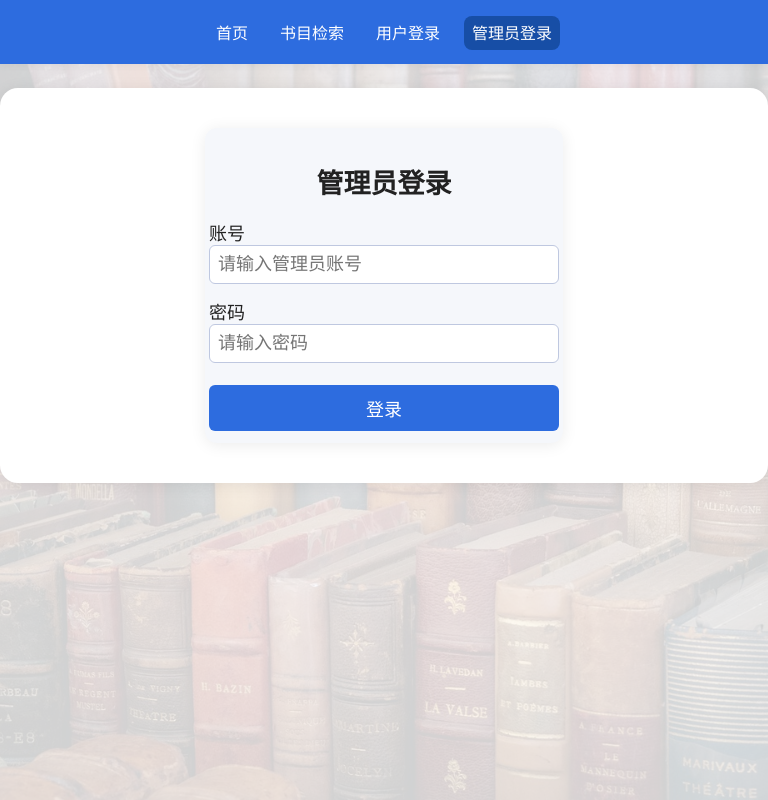
Repository: MercuryRandom/Library-Resource-Management-System
Page: /admin-login (app in frontend/)
An editor plug-in stored every save of this project. The page is shown before and after the next save, followed by the edit.
The browser window is 768 px wide. The pictures show the whole page.
The project was rebuilt for these pictures with package versions that can differ from the ones it lists, and the page was loaded fresh each time. Also part of the build but not shown: frontend/vite.config.js, frontend/src/pages/HomePage.jsx, frontend/src/pages/SearchPage.jsx, frontend/src/pages/LoginPage.jsx, frontend/src/pages/RegisterPage.jsx, frontend/src/pages/admin/ReaderManagementPage.jsx, frontend/src/pages/admin/BookManagementPage.jsx, frontend/src/pages/admin/BorrowManagementPage.jsx.

Above is the page before, as saved 2025-06-27 09:57:21.

### frontend/index.html
<!DOCTYPE html>
<html lang="zh-CN">

<head>
  <meta charset="UTF-8" />
  <link rel="icon" type="image/svg+xml" href="/vite.svg" />
  <meta name="viewport" content="width=device-width, initial-scale=1.0" />
  <title>图书管理系统</title>
</head>

<body>
  <div id="root"></div>
  <script type="module" src="/src/main.jsx"></script>
</body>

</html>

### frontend/src/App.jsx
import { BrowserRouter as Router, Routes, Route, useNavigate } from 'react-router-dom';
import MainLayout from './layout/MainLayout';
import HomePage from './pages/HomePage';
import SearchPage from './pages/SearchPage';
import LoginPage from './pages/LoginPage';
import RegisterPage from './pages/RegisterPage';
import UserLibraryPage from './pages/UserLibraryPage';
import AdminLoginPage from './pages/AdminLoginPage';
import AdminPage from './pages/AdminPage';
import ReaderManagementPage from './pages/admin/ReaderManagementPage';
import BookManagementPage from './pages/admin/BookManagementPage';
import BorrowManagementPage from './pages/admin/BorrowManagementPage';
import './App.css';

function App() {
  return (
    <Router>
      <Routes>
        <Route path="/" element={<MainLayout />}>
          <Route index element={<HomePage />} />
          <Route path="search" element={<SearchPage />} />
          <Route path="login" element={<LoginPage />} />
          <Route path="register" element={<RegisterPage />} />
          <Route path="library" element={<UserLibraryPage />} />
          <Route path="admin-login" element={<AdminLoginPage />} />
          <Route path="admin" element={<AdminPage />}>
            <Route path="readers" element={<ReaderManagementPage />} />
            <Route path="books" element={<BookManagementPage />} />
            <Route path="borrowing" element={<BorrowManagementPage />} />
          </Route>
        </Route>
      </Routes>
    </Router>
  );
}

export default App;

### frontend/src/layout/MainLayout.jsx
import React from 'react';
import { Outlet, NavLink } from 'react-router-dom';

const MainLayout = () => {
  return (
    <div>
      <nav>
        <ul>
          <li>
            <NavLink to="/" end className={({ isActive }) => isActive ? 'active' : ''}>首页</NavLink>
          </li>
          <li>
            <NavLink to="/search" className={({ isActive }) => isActive ? 'active' : ''}>书目检索</NavLink>
          </li>
          <li>
            <NavLink to="/login" className={({ isActive }) => isActive ? 'active' : ''}>用户登录</NavLink>
          </li>
          <li>
            <NavLink to="/admin-login" className={({ isActive }) => isActive ? 'active' : ''}>管理员登录</NavLink>
          </li>
        </ul>
      </nav>
      <hr style={{ border: 'none', margin: 0 }} />
      <main>
        <Outlet />
      </main>
    </div>
  );
};

export default MainLayout;

### frontend/src/pages/UserLibraryPage.jsx
import React, { useState } from 'react';

const features = [
  { key: 'history', title: '借阅历史查询', desc: '查看我的借阅记录和归还情况', icon: '📖' },
  { key: 'borrow', title: '图书借阅', desc: '在线借阅图书，方便快捷', icon: '📚' },
  { key: 'return', title: '图书归还', desc: '归还已借阅的图书', icon: '🔄' },
  { key: 'reserve', title: '预约借书', desc: '提前预约心仪的图书', icon: '📝' },
];

const featureContent = {
  history: <div style={{ fontSize: 24, marginTop: 24 }}>这里显示借阅历史（示例内容）。</div>,
  borrow: <div style={{ fontSize: 24, marginTop: 24 }}>这里是图书借阅功能（示例内容）。</div>,
  return: <div style={{ fontSize: 24, marginTop: 24 }}>这里是图书归还功能（示例内容）。</div>,
  reserve: <div style={{ fontSize: 24, marginTop: 24 }}>这里是预约借书功能（示例内容）。</div>,
};

const UserLibraryPage = () => {
  const [selected, setSelected] = useState('history');
  return (
    <div>
      <h2 style={{ fontSize: 44, marginBottom: 36, textAlign: 'center' }}>我的图书馆</h2>
      <div style={{ display: 'flex', justifyContent: 'space-between', gap: 40, marginBottom: 40 }}>
        {features.map(f => (
          <FeatureCard key={f.key} {...f} selected={selected === f.key} onClick={() => setSelected(f.key)} />
        ))}
      </div>
      <div>{featureContent[selected]}</div>
    </div>
  );
};

const FeatureCard = ({ title, desc, icon, selected, onClick }) => (
  <div
    className="card-hover"
    style={{
      flex: 1,
      background: selected ? '#e3eafc' : '#f5f7fb',
      borderRadius: 18,
      boxShadow: '0 2px 12px rgba(0,0,0,0.04)',
      padding: '48px 18px',
      textAlign: 'center',
      minWidth: 180,
      cursor: 'pointer',
      fontSize: 28,
      border: selected ? '2.5px solid #2d6cdf' : '2.5px solid transparent',
      fontWeight: 600,
      transition: 'all 0.2s',
    }}
    onClick={onClick}
  >
    <div style={{ fontSize: 60, marginBottom: 22 }}>{icon}</div>
    <div style={{ fontSize: 30, fontWeight: 700, marginBottom: 16 }}>{title}</div>
    <div style={{ color: '#666', fontSize: 22 }}>{desc}</div>
  </div>
);

export default UserLibraryPage;

### frontend/src/pages/AdminLoginPage.jsx
import React, { useState } from 'react';
import { useNavigate } from 'react-router-dom';

const AdminLoginPage = () => {
  const [username, setUsername] = useState('');
  const [password, setPassword] = useState('');
  const [error, setError] = useState('');
  const navigate = useNavigate();

  const handleLogin = (e) => {
    e.preventDefault();
    if (username === 'admin' && password === 'admin') {
      setError('');
      navigate('/admin');
    } else {
      setError('账号或密码错误');
    }
  };

  return (
    <div className="form-card">
      <h2>管理员登录</h2>
      <form onSubmit={handleLogin}>
        <label htmlFor="username">账号</label>
        <input
          type="text"
          id="username"
          value={username}
          onChange={(e) => setUsername(e.target.value)}
          placeholder="请输入管理员账号"
        />
        <label htmlFor="password">密码</label>
        <input
          type="password"
          id="password"
          value={password}
          onChange={(e) => setPassword(e.target.value)}
          placeholder="请输入密码"
        />
        {error && <div style={{ color: 'red', marginBottom: 12 }}>{error}</div>}
        <button type="submit">登录</button>
      </form>
    </div>
  );
};

export default AdminLoginPage;

### frontend/src/pages/AdminPage.jsx
import React, { useState } from 'react';
import { useNavigate, Outlet } from 'react-router-dom';

const adminFeatures = [
  { key: 'readers', path: 'readers', title: '读者管理', desc: '添加、修改、删除读者信息', icon: '👤' },
  { key: 'books', path: 'books', title: '图书管理', desc: '添加、修改、删除书目信息', icon: '📚' },
  { key: 'borrowing', path: 'borrowing', title: '借还管理', desc: '借书和还书操作', icon: '🔄' },
];

const featureContent = {
  readers: <div style={{ fontSize: 24, marginTop: 24 }}>这里是读者管理功能（示例内容）。</div>,
  books: <div style={{ fontSize: 24, marginTop: 24 }}>这里是图书管理功能（示例内容）。</div>,
  borrowing: <div style={{ fontSize: 24, marginTop: 24 }}>这里是借还管理功能（示例内容）。</div>,
};

const AdminPage = () => {
  const [selected, setSelected] = useState('readers');
  const navigate = useNavigate();
  return (
    <div>
      <h2 style={{ fontSize: 44, marginBottom: 36, textAlign: 'center' }}>管理员功能</h2>
      <div style={{ display: 'flex', justifyContent: 'space-between', gap: 40, marginBottom: 40 }}>
        {adminFeatures.map(f => (
          <div
            key={f.key}
            className="card-hover"
            style={{ flex: 1, background: selected === f.key ? '#e3eafc' : '#f5f7fb', borderRadius: 18, boxShadow: '0 2px 12px rgba(0,0,0,0.04)', padding: '48px 18px', textAlign: 'center', minWidth: 180, cursor: 'pointer', fontSize: 28, border: selected === f.key ? '2.5px solid #2d6cdf' : '2.5px solid transparent', fontWeight: 600, transition: 'all 0.2s' }}
            onClick={() => { setSelected(f.key); navigate(f.path); }}
          >
            <div style={{ fontSize: 60, marginBottom: 22 }}>{f.icon}</div>
            <div style={{ fontSize: 30, fontWeight: 700, marginBottom: 16 }}>{f.title}</div>
            <div style={{ color: '#666', fontSize: 22 }}>{f.desc}</div>
          </div>
        ))}
      </div>
      <div>{featureContent[selected]}</div>
      <div style={{ marginTop: 40 }}>
        <Outlet />
      </div>
    </div>
  );
};

export default AdminPage;

### frontend/src/App.css
body {
  margin: 0;
  padding: 0;
  font-family: 'Segoe UI', 'Arial', sans-serif;
  background: url('/image.png') no-repeat center center fixed;
  background-size: cover;
  color: #222;
  font-size: 18px;
  position: relative;
}

body::before {
  content: '';
  position: fixed;
  left: 0;
  top: 0;
  right: 0;
  bottom: 0;
  background: rgba(255, 255, 255, 0.82);
  /* 可调整透明度和颜色 */
  z-index: 0;
  pointer-events: none;
}

#root {
  min-height: 100vh;
  display: flex;
  flex-direction: column;
  position: relative;
  z-index: 1;
}

nav {
  background: #2d6cdf;
  padding: 0 0;
  box-shadow: 0 2px 8px rgba(0, 0, 0, 0.04);
}

nav ul {
  display: flex;
  justify-content: center;
  align-items: center;
  margin: 0;
  padding: 0;
  list-style: none;
  height: 64px;
}

nav ul li {
  margin: 0 32px;
}

nav ul li a {
  color: #fff;
  text-decoration: none;
  font-size: 20px;
  font-weight: 500;
  padding: 8px 18px;
  border-radius: 8px;
  transition: background 0.2s;
}

nav ul li a:hover,
nav ul li a.active {
  background: #174ea6;
}

main {
  flex: 1;
  max-width: 1000px;
  margin: 24px auto 0 auto;
  background: #fff;
  border-radius: 18px;
  box-shadow: 0 2px 16px rgba(0, 0, 0, 0.08);
  padding: 32px 32px 40px 32px;
  font-size: 1em;
  position: relative;
  z-index: 2;
}

/* 登录/注册卡片样式 */
.form-card {
  max-width: 350px;
  margin: 32px auto;
  padding: 24px 18px 18px 18px;
  background: #f5f7fb;
  border-radius: 12px;
  box-shadow: 0 2px 16px rgba(0, 0, 0, 0.08);
}

.form-card h2 {
  text-align: center;
  margin-bottom: 18px;
  font-size: 1.5em;
}

.form-card label {
  font-size: 1em;
  margin-bottom: 8px;
}

.form-card input,
.form-card select {
  width: 100%;
  padding: 8px;
  font-size: 1em;
  border: 1px solid #bfc8e0;
  border-radius: 6px;
  margin-bottom: 14px;
  background: #fff;
  box-sizing: border-box;
}

.form-card button {
  width: 100%;
  padding: 10px;
  font-size: 1em;
  background: #2d6cdf;
  color: #fff;
  border: none;
  border-radius: 6px;
  margin-top: 8px;
  cursor: pointer;
  transition: background 0.2s;
}

.form-card button:hover {
  background: #174ea6;
}

.form-card .form-link {
  display: block;
  text-align: right;
  margin-top: 12px;
  color: #2d6cdf;
  text-decoration: underline;
  cursor: pointer;
  font-size: 1em;
}

@media (max-width: 900px) {
  main {
    max-width: 98vw;
    padding: 8px 2vw;
  }

  nav ul li {
    margin: 0 8px;
  }

  nav ul li a {
    font-size: 16px;
    padding: 6px 8px;
  }

  .form-card {
    padding: 12px 4px 12px 4px;
  }
}

.logo {
  height: 6em;
  padding: 1.5em;
  will-change: filter;
  transition: filter 300ms;
}

.logo:hover {
  filter: drop-shadow(0 0 2em #646cffaa);
}

.logo.react:hover {
  filter: drop-shadow(0 0 2em #61dafbaa);
}

@keyframes logo-spin {
  from {
    transform: rotate(0deg);
  }

  to {
    transform: rotate(360deg);
  }
}

@media (prefers-reduced-motion: no-preference) {
  a:nth-of-type(2) .logo {
    animation: logo-spin infinite 20s linear;
  }
}

.card {
  padding: 2em;
}

.read-the-docs {
  color: #888;
}

.card-hover {
  transition: box-shadow 0.25s, transform 0.25s;
  box-shadow: 0 2px 12px rgba(0, 0, 0, 0.04);
  font-size: 1em;
  padding: 18px 8px;
  border-radius: 12px;
}

.card-hover:hover {
  box-shadow: 0 8px 32px rgba(45, 108, 223, 0.18);
  transform: translateY(-10px) scale(1.03);
  z-index: 2;
}

Loaded but not shown: frontend/src/main.jsx (common file)

After the next save:
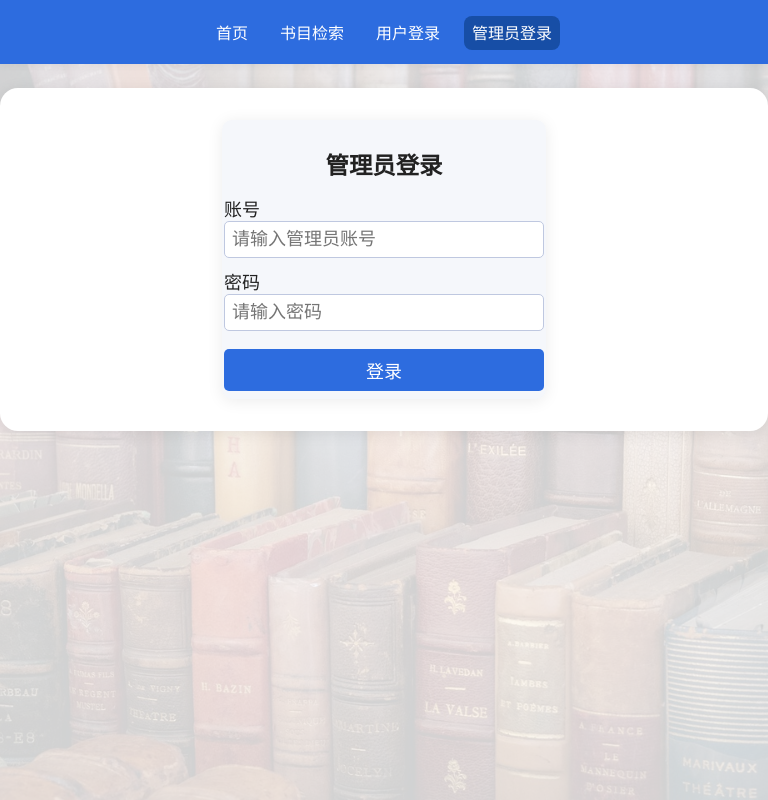
Saved 29 min 27 s later.
--- a/frontend/src/App.css
+++ b/frontend/src/App.css
@@ -67,7 +67,7 @@ nav ul li a.active {
 
 main {
   flex: 1;
-  max-width: 1000px;
+  max-width: 1200px;
   margin: 24px auto 0 auto;
   background: #fff;
   border-radius: 18px;
@@ -80,18 +80,18 @@ main {
 
 /* 登录/注册卡片样式 */
 .form-card {
-  max-width: 350px;
-  margin: 32px auto;
-  padding: 24px 18px 18px 18px;
+  max-width: 320px;
+  margin: 24px auto;
+  padding: 18px 12px 12px 12px;
   background: #f5f7fb;
-  border-radius: 12px;
+  border-radius: 10px;
   box-shadow: 0 2px 16px rgba(0, 0, 0, 0.08);
 }
 
 .form-card h2 {
   text-align: center;
-  margin-bottom: 18px;
-  font-size: 1.5em;
+  margin-bottom: 14px;
+  font-size: 1.3em;
 }
 
 .form-card label {
@@ -102,23 +102,23 @@ main {
 .form-card input,
 .form-card select {
   width: 100%;
-  padding: 8px;
+  padding: 7px;
   font-size: 1em;
   border: 1px solid #bfc8e0;
-  border-radius: 6px;
-  margin-bottom: 14px;
+  border-radius: 5px;
+  margin-bottom: 10px;
   background: #fff;
   box-sizing: border-box;
 }
 
 .form-card button {
   width: 100%;
-  padding: 10px;
+  padding: 8px;
   font-size: 1em;
   background: #2d6cdf;
   color: #fff;
   border: none;
-  border-radius: 6px;
+  border-radius: 5px;
   margin-top: 8px;
   cursor: pointer;
   transition: background 0.2s;
@@ -154,7 +154,7 @@ main {
   }
 
   .form-card {
-    padding: 12px 4px 12px 4px;
+    padding: 8px 2px 8px 2px;
   }
 }
 
@@ -200,9 +200,12 @@ main {
 .card-hover {
   transition: box-shadow 0.25s, transform 0.25s;
   box-shadow: 0 2px 12px rgba(0, 0, 0, 0.04);
-  font-size: 1em;
-  padding: 18px 8px;
-  border-radius: 12px;
+  font-size: 0.95em;
+  padding: 14px 6px;
+  border-radius: 10px;
+  min-width: 160px;
+  max-width: 220px;
+  margin: 0 8px;
 }
 
 .card-hover:hover {
